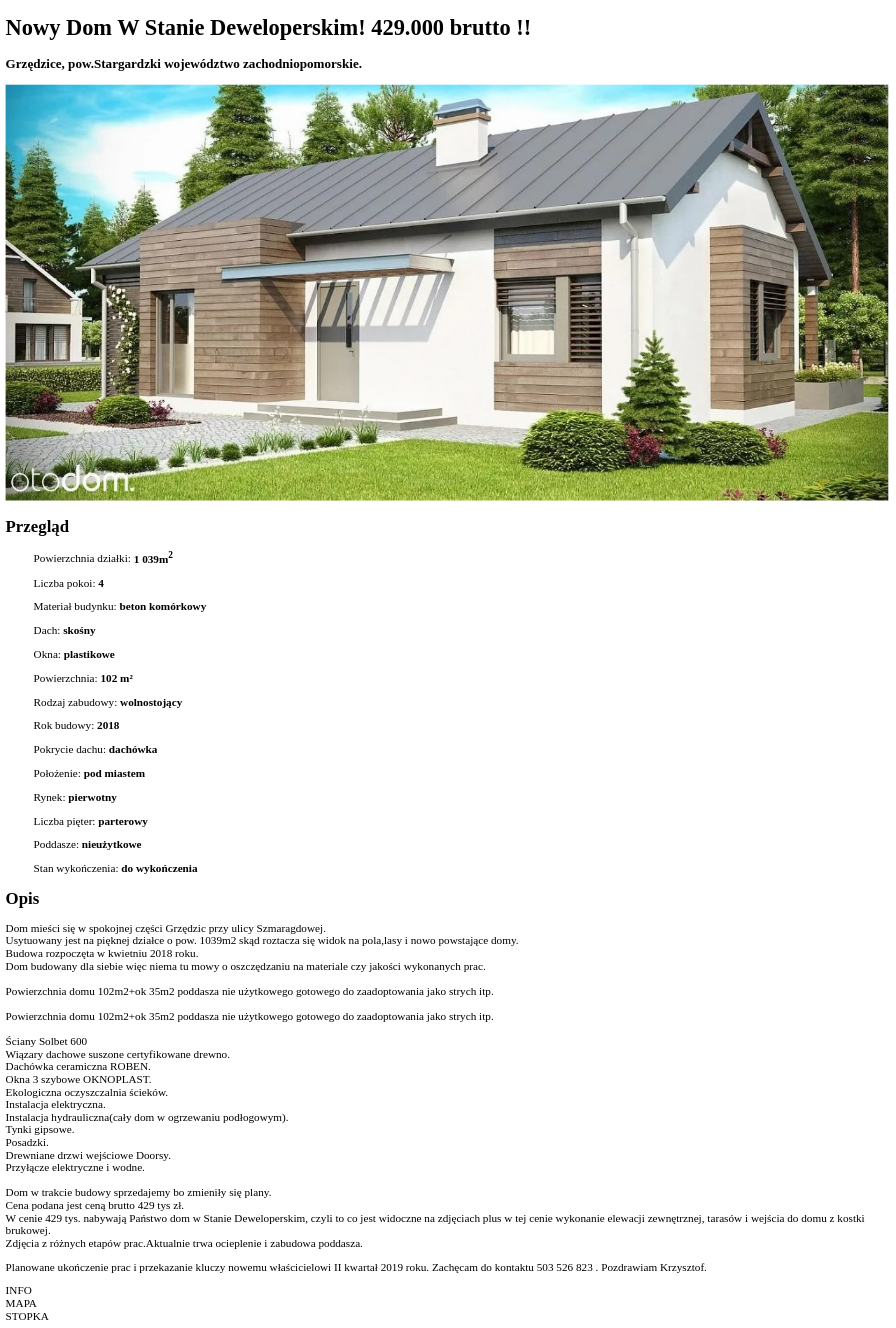
Repository: Slawek88/HomePage
Page: index.html
These files come from the project's save history. The page is drawn as it stood at one moment and after the next save; the edit follows.
The browser window is 1280 px wide. The pictures show the whole page, at 70% of full size.

Above is the page before, as saved 2019-02-28 13:12:29.

After the next save:
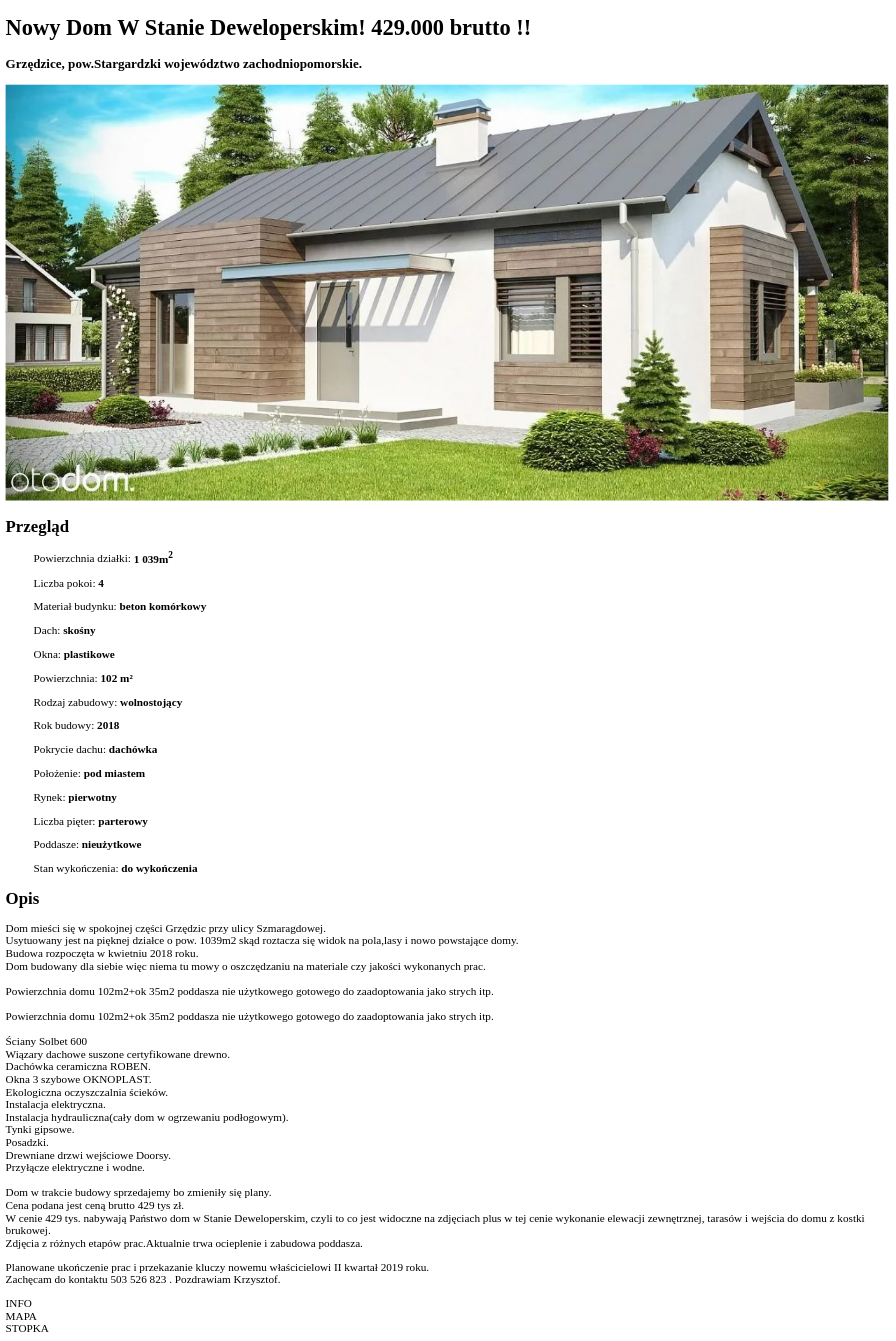
Saved 18 s later.
--- a/index.html
+++ b/index.html
@@ -136,7 +136,9 @@
           </p>
           <p>
             Planowane ukończenie prac i przekazanie kluczy nowemu właścicielowi
-            II kwartał 2019 roku. Zachęcam do kontaktu 503 526 823 . Pozdrawiam
+            II kwartał 2019 roku.
+            <br>
+             Zachęcam do kontaktu 503 526 823 . Pozdrawiam
             Krzysztof.
           </p>
         </div>
